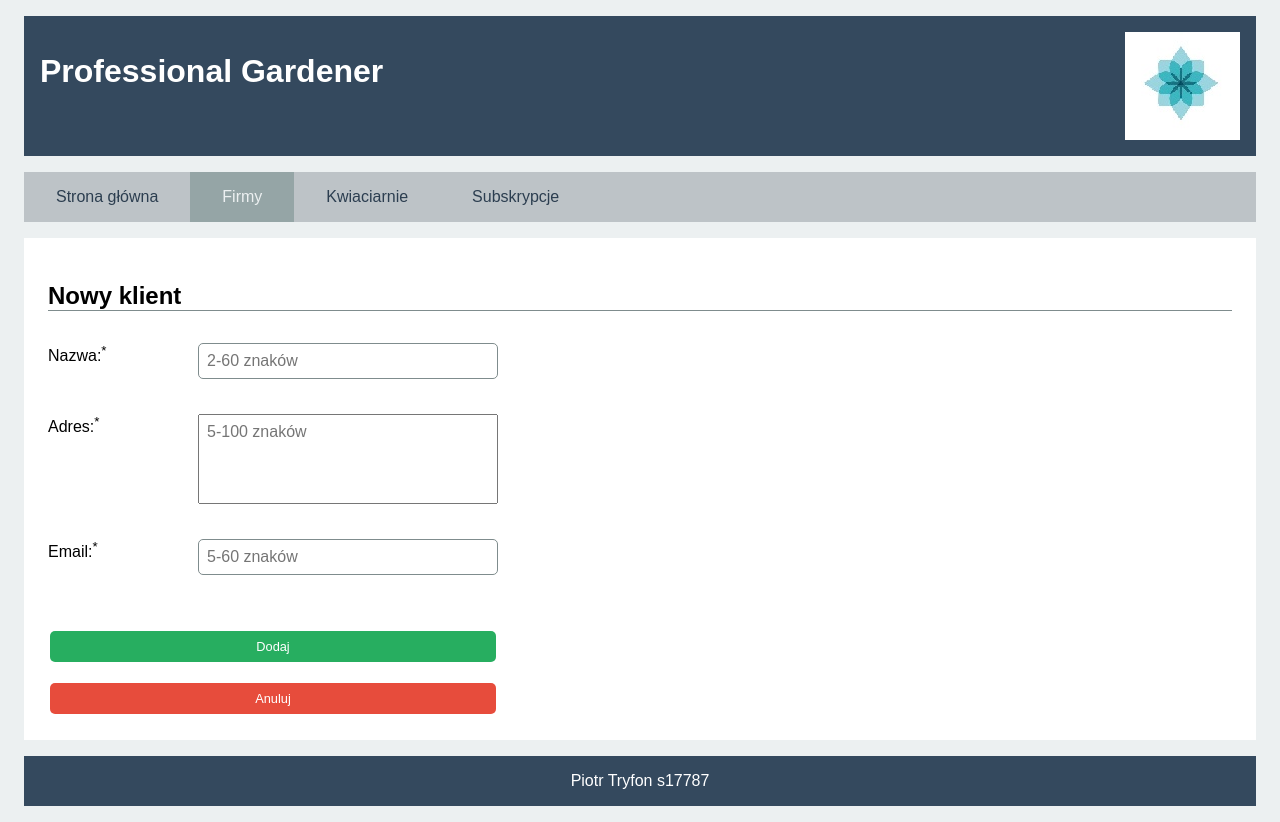
Repository: s17787/TIN
Page: tin_zaoczne_12_s17787_html-css/pages/client-form.html
An editor plug-in stored every save of this project. The page is shown before and after the next save, followed by the edit.
The browser window is 1280 px wide. The pictures show the whole page.

Above is the page before, as saved 2021-01-06 13:47:24.

### tin_zaoczne_12_s17787_html-css/pages/client-form.html
<!DOCTYPE html>
<html lang="pl-PL">
<head>
    <meta charset="UTF-8">
    <meta name="viewport" content="width=device-width, initial-scale=1.0">
    <title>Professional Gardener</title>
    <link rel="stylesheet" href="../css/style.css" type="text/css"/>
    <script type="application/javascript" src="../js/validationCommon.js"></script>
    <script type="application/javascript" src="../js/validationEmpForm.js"></script>
</head>
<body>
    <header>
        <h1>Professional Gardener</h1>
        <img src="../images/logo.jpg" alt="Professional Gardener">
    </header>
    <nav>
        <ul>
            <li><a href="../index.html" >Strona główna</a></li>
            <li><a href="client-list.html" class="active">Firmy</a></li>
            <li><a href="florist-list.html" >Kwiaciarnie</a></li>
            <li><a href="subscription-list.html" >Subskrypcje</a></li>
        </ul>
    </nav>
    <main>
        <h2>Nowy klient</h2>
        <form class="form" novalidate onsubmit="return validateForm()">
            <!--<div class="form-group">-->
                <label for="Name">Nazwa:<sup>*</sup></label>
                <input type="text" name="Name" id="Name" placeholder="2-60 znaków"/>
                <span id="errorName" class="errors-text"></span>
            <!--</div>-->
            <!--<div class="form-group">-->
                <label for="Adres">Adres:<sup>*</sup></label>
                <textarea type="text" name="Adres" id="Adres" rows="4" cols="10" style="resize: none;" placeholder="5-100 znaków"></textarea>
                <span id="errorAdres" class="errors-text"></span>
            <!--</div>-->
            <!--<div class="form-group">-->
                <label for="email">Email:<sup>*</sup></label>
                <input type="email" name="email" id="email" placeholder="5-60 znaków"/>
                <span id="errorEmail" class="errors-text"></span>
            <!--</div>-->
            <!--<div class="form-buttons">-->
                <p id="errorsSummary" class="errors-text"></p>
                <p><a href="client-list.html" class="form-button-submit" >Dodaj</a></p>
                <p><a href="client-list.html" class="form-button-cancel" >Anuluj</a></p>
            <!--</div>  -->
        </form>
    </main>
    <footer>
        Piotr Tryfon s17787
    </footer>
</body>
</html>

### tin_zaoczne_12_s17787_html-css/css/style.css
html {
    background-color: #ecf0f1;
    font-family: sans-serif;
}

body {
    min-width: 360px;
  }

header,
main,
footer {
    background-color: white;
}

header,
main,
footer,
nav {
    margin: 1rem;
}

header,
footer {
    background-color: #34495e;
    color: white;
    padding: 1rem;
}

header {
    display: flex;
    justify-content: space-between;
}

nav {
    background-color: #bdc3c7;
}

nav ul {
    display: flex;
    padding: 0;
    list-style-type: none;
}

nav ul li a {
    display: inline-block;
    color: #2c3e50;
    padding: 1rem 2rem;
    text-decoration: none;
}

nav ul li a:hover {
    background-color: #d35400;
    color: #ecf0f1;
}

nav ul li a.active {
    background-color: #95a5a6;
    color: #ecf0f1;
}

main {
    padding: 1.5rem;
}

footer {
    text-align: center;
}

main h2 {
    border-bottom: 1px solid #7f8c8d;
    margin-bottom: 2rem;
}

.table-list {
    border-collapse: collapse;
    color:#2c3e50;
    width: 100%;
}

.table-list,
.table-list th,
.table-list td {
    border: 1px solid #bdc3c7;
}

.table-list th,
.table-list td {
    padding: 0.5rem;
}

.table-list th,
.table-list tbody tr:nth-child(even) {
    background-color: #ecf0f1;
}

.list-actions {
    margin: 0;
    text-align: center;
    list-style-type: none;
    padding: 0;
}

.list-actions li {
    display: inline-block;
    margin: 0.2em;
}

.list-actions-button-details,
.list-actions-button-edit,
.list-actions-button-delete {
    display: inline-block;
    width: 75px;
    padding: 0.25rem 0.5rem;
}

.list-actions-button-details,
.list-actions-button-edit,
.list-actions-button-delete,
.button-add,
.form-button-submit,
.form-button-cancel {
    border: none;
    border-radius: 5px;
    color: white;
    text-decoration: none;
    text-align: center;
    font-size: 0.8rem;
}

.list-actions-button-details,
.list-actions-button-edit {
    margin-right: 1rem;
}

.list-actions-button-details {
    background-color: #2980b9;
}
.list-actions-button-details:hover {
    background-color: #3498db;
}

.list-actions-button-edit {
    background-color: #f39c12;
}

.list-actions-button-edit:hover {
    background-color: #f1c40f;
}

.form-button-cancel,
.list-actions-button-delete {
    background-color: #c0392b;
}

.form-button-cancel,
.list-actions-button-delete:hover {
    background-color: #e74c3c;
}

.button-add,
.form-button-submit,
.form-button-cancel {
    padding: 0.5rem 1rem;
}

.button-add,
.form-button-submit {
    background-color: #27ae60;
}

.button-add:hover,
.form-button-submit:hover {
    background-color: #2ecc71;
}

button,
input,
select,
textarea {
    font-family: inherit;
    font-size: 100%;
    box-sizing: border-box;
    padding: 0; margin: 0;
}

textarea {
    overflow: auto;
}

.form {
    display: grid;
    grid-template-columns: 150px 300px;
    row-gap: 1rem;
}

.form select,
.form input[type="text"],
.form input[type="number"],
.form input[type="date"],
.form input[type="email"] {
    border: 1px solid #7f8c8d;
    color:#2c3e50;
    border-radius: 5px;
    padding: 0.5rem;
    width: 100%;
}

.form label {
    display: block;
    margin-bottom: 0.5em;
}

.form-group {
    margin-bottom: 1rem;
}

abbr[title='required'] {
    color: #c0392b;
}

.form p {
    grid-column-start: 1;
    grid-column-end: -1;
    margin: 0.1em;
}

.form textarea{
    padding: 0.5rem;
}

.form span {
    grid-column-start: -2;
    grid-column-end: -1;
    margin: 0.1em;
}

.form-button-submit,
.form-button-cancel {
    width: 100%;
}

.form-button-submit,
.form-button-cancel {
    box-sizing: border-box;
    display: block;
}

.form-button-submit {
    margin-bottom: 0.1rem;
}

@media all and (max-width:720px) {
    header {
        flex-direction: column;
    }

    header h1 {
        text-align: center;
    }

    header img {
        align-self: center;
    }
}

@media all and (max-width: 400px) {
    body,
    nav,
    nav ul,
    header,
    main,
    footer {
        margin: 0;
    }
}

@media all and (max-width:720px) {
    nav ul {
        flex-wrap: wrap;
    }

    nav ul li {
        flex-basis: 50%;
        text-align: center;
    }

    nav ul li a {
        display: block;
    }
}

@media all and (max-width: 400px) {
    nav ul li {
        flex-basis: 100%;
    }
}

@media all and (max-width: 720px) {
    .form {
        grid-template-columns: 1fr;
        row-gap:unset;
        margin-left: unset;
        row-gap: 0.3rem;
    }

    .form input[type="text"],
    .form input[type="number"],
    .form input[type="date"],
    .form select {
        margin-bottom: 1rem;
    }
}

### tin_zaoczne_12_s17787_html-css/js/validationCommon.js
function resetErrors(inputs, errorTexts, errorInfo) {
    for (let i = 0; i < inputs.length; i++) {
        inputs[i].classList.remove("error-input");
    }
    for (let i = 0; i < errorTexts.length; i++) {
        errorTexts[i].innerText = "";
    }
    errorInfo.innerText = "";
}

function checkRequired(value) {
    if (!value) {
        return false;
    }
    value = value.toString().trim();
    if (value === "") {
        return false;
    }
    return true;
}

function checkTextLengthRange(value, min, max) {
    if (!value) {
        return false;
    }
    value = value.toString().trim();
    const length = value.length;
    if (max && length > max) {
        return false;
    }
    if (min && length < min) {
        return false;
    }
    return true;
}

function checkEmail(value) {
    if (!value) {
        return false;
    }
    value = value.toString().trim();
    const re = /^(([^<>()\[\]\.,;:\s@\"]+(\.[^<>()\[\]\.,;:\s@\"]+)*)|(\".+\"))@(([^<>()[\]\.,;:\s@\"]+\.)+[^<>()[\]\.,;:\s@\"]{2,})$/i;
    return re.test(value);
}

function checkNumber(value) {
    if (!value) {
        return false;
    }
    if (isNaN(value)) {
        return false;
    }
    return true;
}

function checkNumberRange(value, min, max) {
    if (!value) {
        return false;
    }
    if (isNaN(value)) {
        return false;
    }
    value = parseFloat(value);
    if (value < min) {
        return false;
    }
    if (value > max) {
        return false;
    }
    return true;
}

function checkDate(value) {
    if (!value) {
        return false;
    }
    const pattern = /(\d{4})-(\d{2})-(\d{2})/;
    return pattern.test(value);
}

function checkDateIfAfter(value, compareTo) {
    if (!value) {
        return false;
    }
    if (!compareTo) {
        return false;
    }
    const pattern = /(\d{4})-(\d{2})-(\d{2})/;
    if (!pattern.test(value)) {
        return false;
    }
    if (!pattern.test(compareTo)) {
        return false;
    }
    const valueDate = new Date(value);
    const compareToDate = new Date(compareTo);
    if (valueDate.getTime() < compareToDate.getTime()) {
        return false;
    }
    return true;
}

### tin_zaoczne_12_s17787_html-css/js/validationEmpForm.js
function validateForm() {
    const nameInput = document.getElementById('Name');
    const adresInput = document.getElementById('Adres');
    const emailInput = document.getElementById('email');
    console.log('addend2:');
    const errorName = document.getElementById('errorName');
    const errorAdres = document.getElementById('errorAdres');
    const errorEmail = document.getElementById('errorEmail');
    const errorsSummary = document.getElementById('errorsSummary');

    let valid = true;

    resetErrors([nameInput, adresInput, emailInput], [errorName, errorAdres, errorEmail], errorsSummary);

    if (!checkRequired(nameInput.value)) {
        valid = false;
        nameInput.classList.add("error-input");
        errorName.innerText = "Pole jest wymagane";
    } else if (!checkTextLengthRange(nameInput.value, 2, 60)) {
        valid = false;
        nameInput.classList.add("error-input");
        errorName.innerText = "Pole powinno zawierać od 2 do 60 znaków";
    }

    if (!checkRequired(adresInput.value)) {
        valid = false;
        adresInput.classList.add("error-input");
        errorAdres.innerText = "Pole jest wymagane";
    } else if (!checkTextLengthRange(adresInput.value, 5, 100)) {
        valid = false;
        adresInput.classList.add("error-input");
        errorAdres.innerText = "Pole powinno zawierać od 5 do 100 znaków";
    }

    if (!checkRequired(emailInput.value)) {
        valid = false;
        emailInput.classList.add("error-input");
        errorEmail.innerText = "Pole jest wymagane";
    } else if (!checkTextLengthRange(emailInput.value, 5, 60)) {
        valid = false;
        emailInput.classList.add("error-input");
        errorEmail.innerText = "Pole powinno zawierać od 5 do 60 znaków";
    } else if (!checkEmail(emailInput.value)) {
        valid = false;
        emailInput.classList.add("error-input");
        errorEmail.innerText = "Pole powinno zawierać prawidłowy adres email";
    }

    function resetErrors(inputs, errorTexts, errorInfo) {
        for(let i=0; i<inputs.length; i++) {
            inputs[i].classList.remove("error_input");
        }
        for(let i=0; i<errorTexts.length; i++) {
            errorTexts[i].innerText = "";
        }
        errorInfo.innerText = "";
    }

    if (!valid) {
        errorsSummary.innerText = "Formularz zawiera błędy";
    }

    return valid;
}

After the next save:
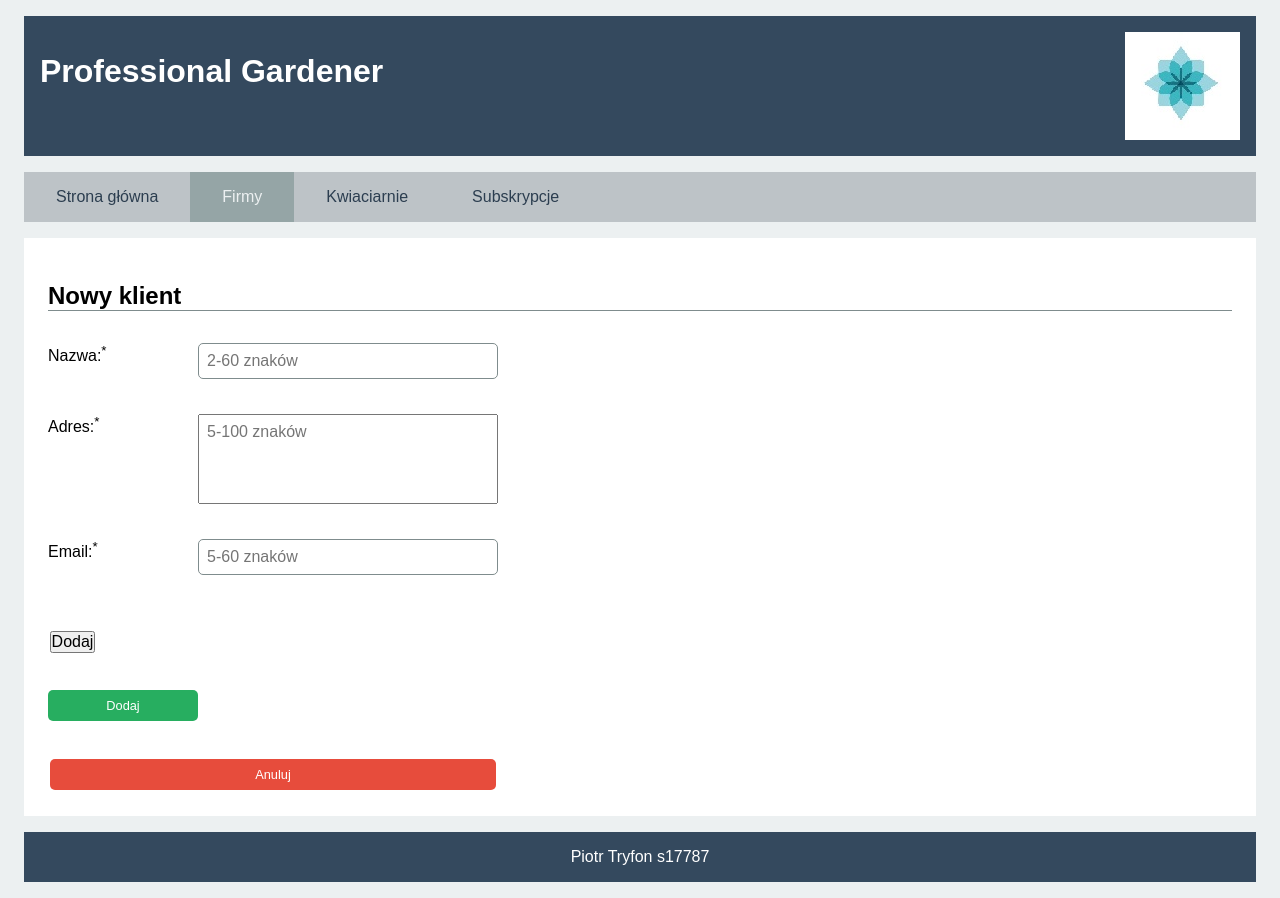
Saved 2 min 59 s later.
--- a/tin_zaoczne_12_s17787_html-css/pages/client-form.html
+++ b/tin_zaoczne_12_s17787_html-css/pages/client-form.html
@@ -41,7 +41,8 @@
             <!--</div>-->
             <!--<div class="form-buttons">-->
                 <p id="errorsSummary" class="errors-text"></p>
-                <p><a href="client-list.html" class="form-button-submit" >Dodaj</a></p>
+                <p><input type="submit" value="Dodaj" /></p>
+                <p></p><a href="client-list.html" class="form-button-submit" >Dodaj</a></p>
                 <p><a href="client-list.html" class="form-button-cancel" >Anuluj</a></p>
             <!--</div>  -->
         </form>
